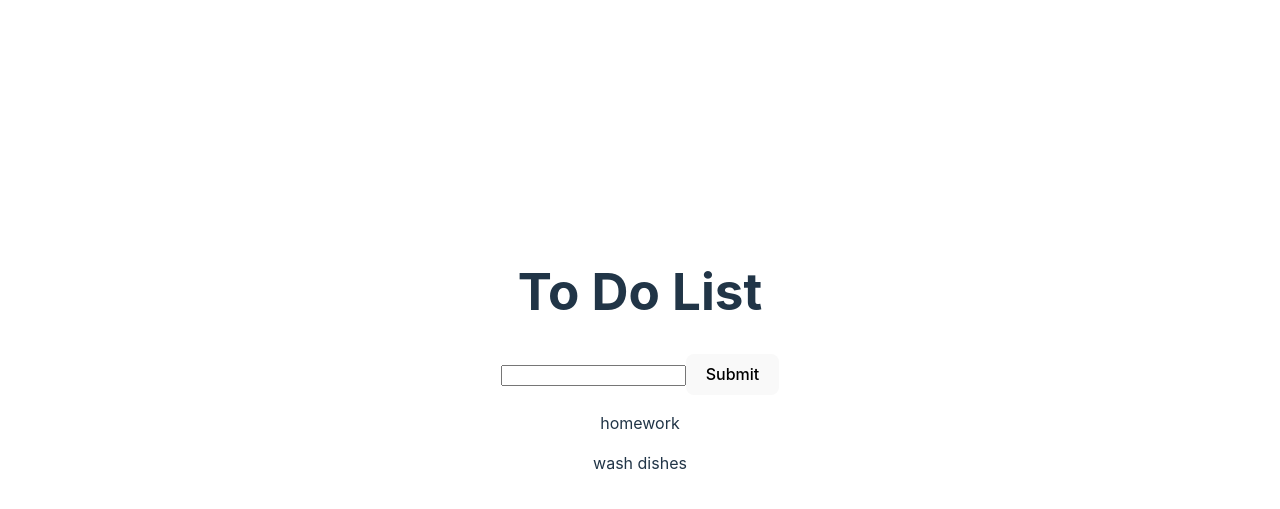
Repository: Jennica1/FRONT_END_WEEK06
Page: / (app in react/)
An editor plug-in stored every save of this project. The page is shown before and after a run of saves, followed by the edit.
The browser window is 1280 px wide. The pictures show the whole page.
The project was rebuilt for these pictures with package versions that can differ from the ones it lists, and the page was loaded fresh each time. Also part of the build but not shown: react/vite.config.js.

Above is the page before, as saved 2024-10-10 12:35:39.

### react/src/App.jsx
import { useState } from 'react';
import reactLogo from './assets/react.svg';
import viteLogo from '/vite.svg';
import TaskForm from './components/TaskForm';
import './App.css';


function App() {

  return (
    <>
     <TaskForm/>
    </>
  )
}

export default App

### react/src/components/TaskForm.jsx
import { useState } from 'react'
//renders an input box and a button for creating new tasks.
//Decide where the shared state should live. This is where you would also want to define the functions for updating the app state, including:

//a function for toggling the complete status of a task
//a function for adding a new task
//a function for deleting a task


const data = [
  {
    id: 1,
    taskName: 'homework'
  },
  {
    id: 2,
    taskName: 'wash dishes'
  },
]
function TaskForm() {

  const [name, setName] = useState('John Doe');
  const [tasks, setTasks] = useState(data);

  const [taskData, settaskData] = useState({
    taskName: '',

  });



  const newListUI = tasks.map((student, index) => <p key={index}>{student.taskName}</p>
);


  function handleSubmit(e) {
    e.preventDefault();
    const formData = new formData(e.target); //e.target == form
    name == formData.get('name');

    setName(formData.get(name));
    console.log(name);
  }

  function handleChange(e) {
    setName(e.target.value);

  }

  function handleFirstName(e) {
    settaskData({ ...taskData, firstName: e.target.value })
  };

  function handleAddTask(e) {
    e.preventDefault();
    setTasks([...tasks, taskData]);
  }

  return (
    <>
      <h1>To Do List</h1>
      <form onSubmit={handleAddTask}>

        <input type='text' value={taskData.taskName}
          onChange={(e) => settaskData({ ...taskData, taskName: e.target.value })} />

        <button>Submit</button>
      </form>
      {newListUI}


    </>
  )
}

export default TaskForm

Loaded but not shown: react/index.html (common file); react/src/main.jsx (common file); react/src/index.css (common file); react/src/App.css (common file)

After the next 2 saves:
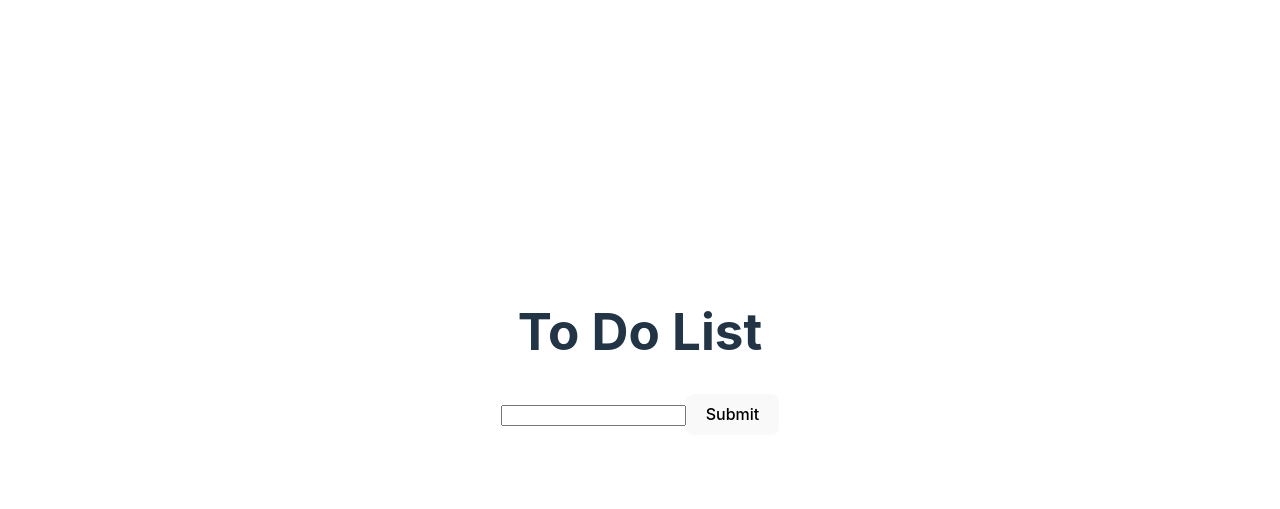
The 2 saves are shown as one change because they came seconds apart.
The last was saved 41 s later.
--- a/react/src/components/TaskForm.jsx
+++ b/react/src/components/TaskForm.jsx
@@ -29,7 +29,7 @@
 
 
 
-  const newListUI = tasks.map((student, index) => <p key={index}>{student.taskName}</p>
+  const newListUI = tasks.map((student, index) => <p key={index}>{tasks.taskName}</p>
 );
 
 
@@ -67,8 +67,6 @@
         <button>Submit</button>
       </form>
       {newListUI}
-
-
     </>
   )
 }

After the save that followed:
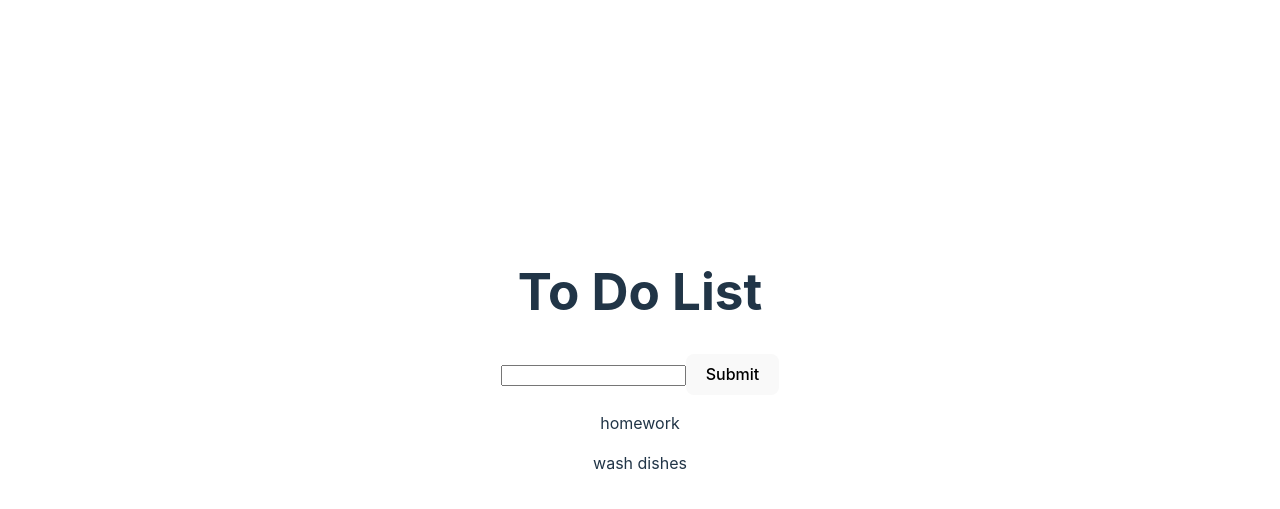
Saved 8 s later.
--- a/react/src/components/TaskForm.jsx
+++ b/react/src/components/TaskForm.jsx
@@ -29,7 +29,7 @@
 
 
 
-  const newListUI = tasks.map((student, index) => <p key={index}>{tasks.taskName}</p>
+  const newListUI = tasks.map((tasks, index) => <p key={index}>{tasks.taskName}</p>
 );
 
 
